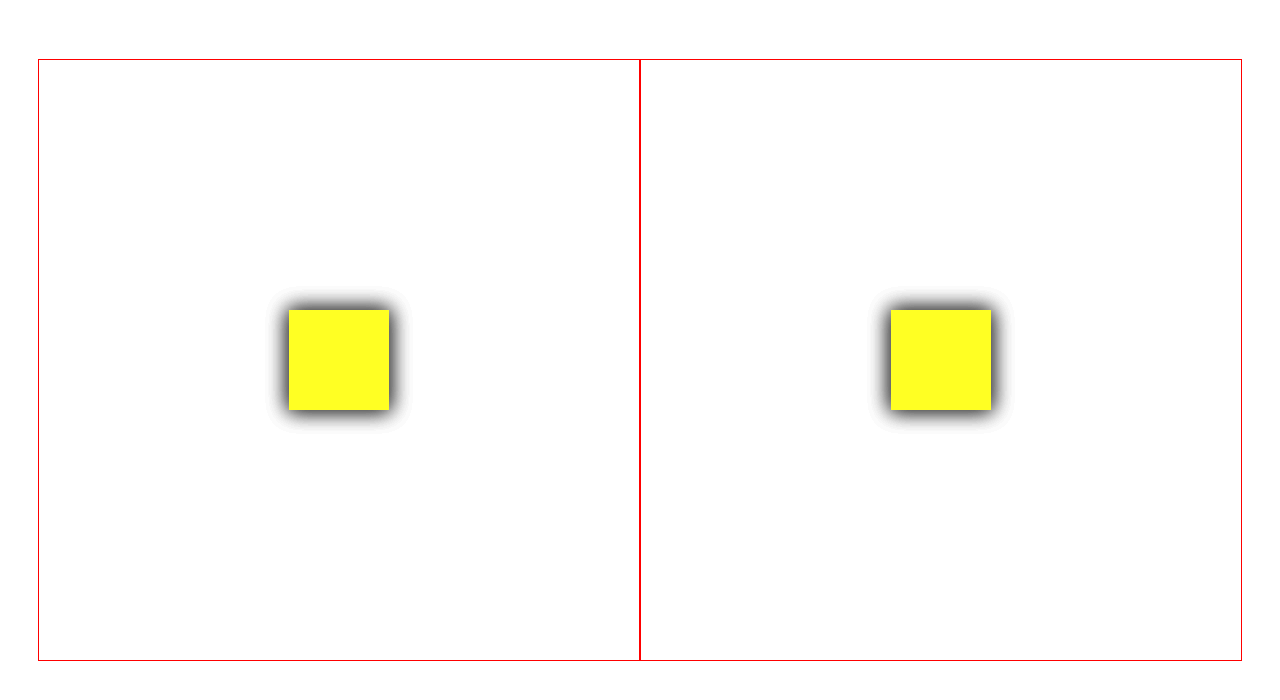
Repository: randgars/game
Page: index.html
The author's editor kept a copy of each file at every save. The page is drawn from the files as they stood at one save, then again after the next save.
The browser window is 1280 px wide. The pictures show the whole page.

Above is the page before, as saved 2017-09-29 11:03:13.

### index.html
<!DOCTYPE html>
<html lang="en">
<head>
    <meta charset="UTF-8">
    <meta name="viewport" content="width=device-width, initial-scale=1.0">
    <meta http-equiv="X-UA-Compatible" content="ie=edge">
    <title>Document</title>
    <link rel="stylesheet" href="./style.css">
</head>
<body>
    <div class="wrapper">
        <div class="square first"></div>
        <div class="square second"></div>
        <div class="square third"></div>
        <div class="square fourth"></div>
    </div>
    <div class="wrapper">
        <div class="square first"></div>
        <div class="square second"></div>
        <div class="square third"></div>
        <div class="square fourth"></div>
    </div>
</body>
</html>

### style.css
body {
    padding: 0;
    margin: 0;
    display: flex;
    justify-content: center;
    align-items: center;
    height: 100vh;
}
.wrapper {
    position: relative;
    width: 600px;
    height: 600px;
    border: solid 1px red;
}
.square {
    height: 100px;
    width: 100px;
    box-shadow: 0 0 20px rgba(0, 0, 0, .4);
    position: absolute;
    top: calc(50% - 50px);
    left: calc(50% - 50px);
}
.first {
    animation-name: first;
    animation-duration: 5s;
    animation-iteration-count: infinite;
    animation-timing-function: linear;
    background-color: rgba(35, 255, 35, 1);
}
.second {
    animation-name: second;
    animation-duration: 5s;
    animation-iteration-count: infinite;
    animation-timing-function: linear;
    background-color: rgba(35, 35, 255, 1);
}
.third {
    animation-name: third;
    animation-duration: 5s;
    animation-iteration-count: infinite;
    animation-timing-function: linear;
    background-color: rgb(255, 35, 35);
}
.fourth {
    animation-name: fourth;
    animation-duration: 5s;
    animation-iteration-count: infinite;
    animation-timing-function: linear;
    background-color: rgba(255, 255, 35, 1);
}

.first:hover, .second:hover, .third:hover, .fourth:hoer {
    animation-play-state: paused;
}

@keyframes first {
    from {
        transform: rotate(360deg);
    }
    25% {
        background-color: rgba(35, 35, 255, 1);
    }
    50% {
        top: calc(0% - 50px);
        left: calc(0% - 50px);
        background-color: rgb(255, 35, 35);
    }
    75% {
        background-color: rgba(255, 255, 35, 1);
    }
    to {
        transform: rotate(0deg);
    }
}
@keyframes second {
    from {
        transform: rotate(0deg);
    }
    25% {
        background-color: rgb(255, 35, 35);
    }
    50% {
        top: calc(0% - 50px);
        left: calc(100% - 50px);
        background-color: rgba(255, 255, 35, 1);
    }
    75% {
        background-color: rgba(35, 255, 35, 1);
    }
    to {
        transform: rotate(360deg);
    }
}
@keyframes third {
    from {
        transform: rotate(360deg);
    }
    25% {
        background-color: rgba(255, 255, 35, 1);
    }
    50% {
        top: calc(100% - 50px);
        left: calc(100% - 50px);
        background-color: rgba(35, 255, 35, 1);
    }
    75% {
        background-color: rgba(35, 35, 255, 1);
    }
    to {
        transform: rotate(0deg);
    }
}
@keyframes fourth {
    from {
        transform: rotate(0deg);
    }
    25% {
        background-color: rgba(35, 255, 35, 1);
    }
    50% {
        top: calc(100% - 50px);
        left: calc(0% - 50px);
        background-color: rgba(35, 35, 255, 1);
    }
    75% {
        background-color: rgb(255, 35, 35);
    }
    to {
        transform: rotate(360deg);
    }
}

After the next save:
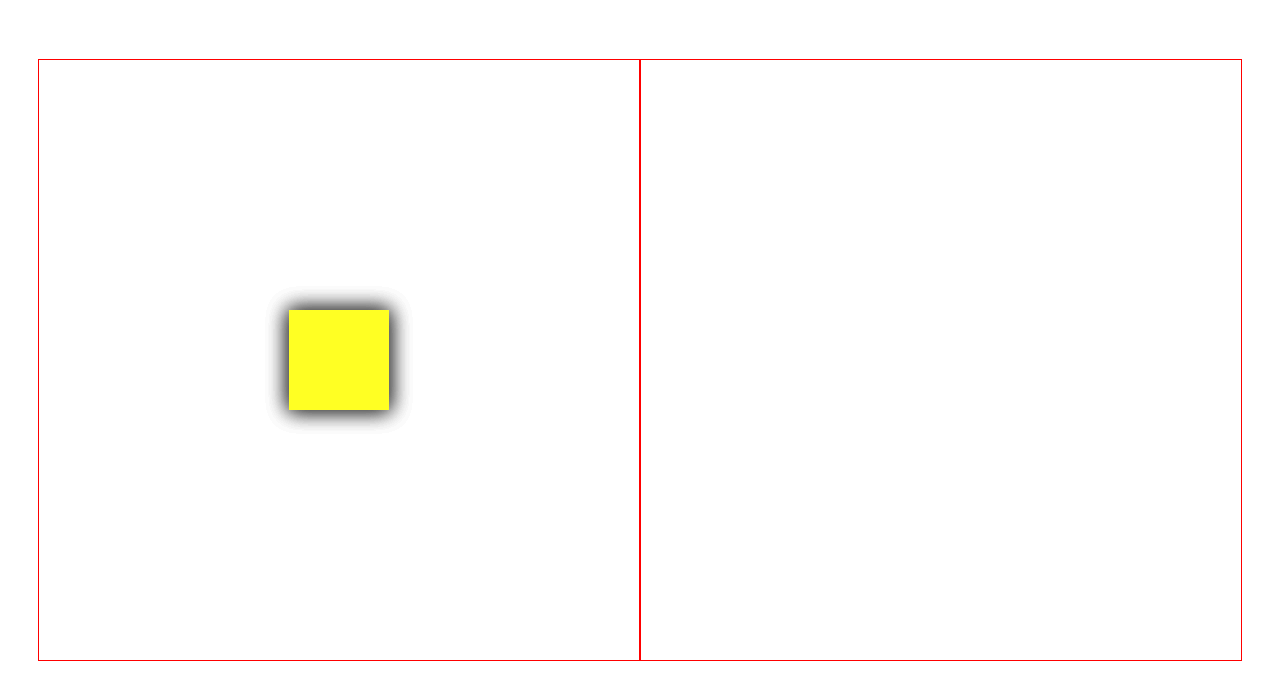
Saved 19 s later.
--- a/index.html
+++ b/index.html
@@ -15,10 +15,7 @@
         <div class="square fourth"></div>
     </div>
     <div class="wrapper">
-        <div class="square first"></div>
-        <div class="square second"></div>
-        <div class="square third"></div>
-        <div class="square fourth"></div>
+        <div class="circle"></div>
     </div>
 </body>
 </html>
